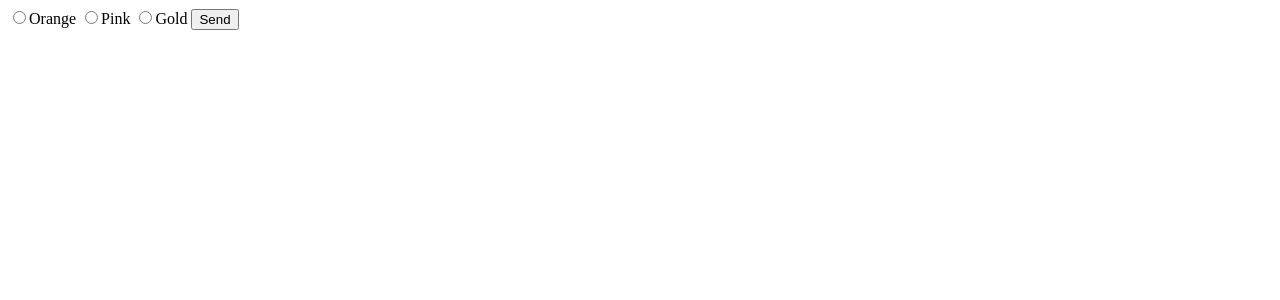
Repository: posse-ap/gen2.0-Karen-812
Page: http://localhost/work/web/index.php
An editor plug-in stored every save of this project. The page is shown before and after the next save, followed by the edit.
The browser window is 1280 px wide. The pictures show the whole page.
The page is run by PHP 8.4 with error messages shown; the project is at /var/www/html/.

Above is the page before, as saved 2022-01-01 22:02:48.

### basic_php_webdev-master/work/web/index.php
<?php

require('../app/functions.php');

$color = 'transparent';

include('../app/_parts/_header.php');

// $today = date('Y-m-d H:i:s l');
// $names = [
//   'Taro',
//   'Jiro',
//   'Saburo',
// ];

?>

<form action="result.php" method="get">
    <!-- <input type="text" name="message"> -->
    <!-- <textarea name="message"></textarea> -->

    <!-- <select name="colors[]" multiple> -->
        <!-- <option value="orange">Orange</option>
        <option value="pink">Pink</option>
        <option value="gold">Gold</option> -->
    <!-- </select> -->
        <label for=""><input type="radio" name="color" value="orange">Orange</label>
        <label for=""><input type="radio" name="color" value="pink">Pink</label>
        <label for=""><input type="radio" name="color" value="gold">Gold</label>
    <button>Send</button>
</form>

<?php
include('../app/_parts/_footer.php');

### basic_php_webdev-master/work/app/functions.php
<?php
function h($str){
  return htmlspecialchars($str, ENT_QUOTES, 'UTF-8');
}

### basic_php_webdev-master/work/app/_parts/_header.php
<!DOCTYPE html>
<html lang="ja">
<head>
  <meta charset="utf-8">
  <title>PHP Practice</title>
</head>
<body style="background-color: <?= h($color); ?>;">

Loaded but not shown: basic_php_webdev-master/work/app/_parts/_footer.php (common file)

After the next save:
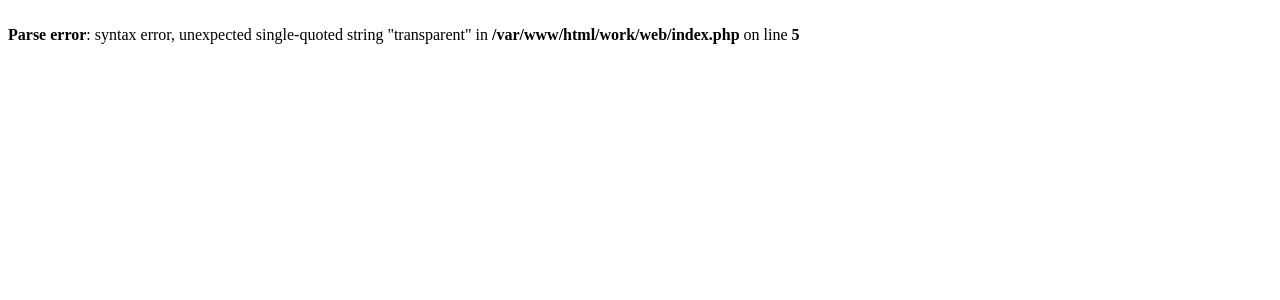
Saved 2 min 59 s later.
--- a/basic_php_webdev-master/work/web/index.php
+++ b/basic_php_webdev-master/work/web/index.php
@@ -2,7 +2,7 @@
 
 require('../app/functions.php');
 
-$color = 'transparent';
+$color = filter'transparent';
 
 include('../app/_parts/_header.php');
 
